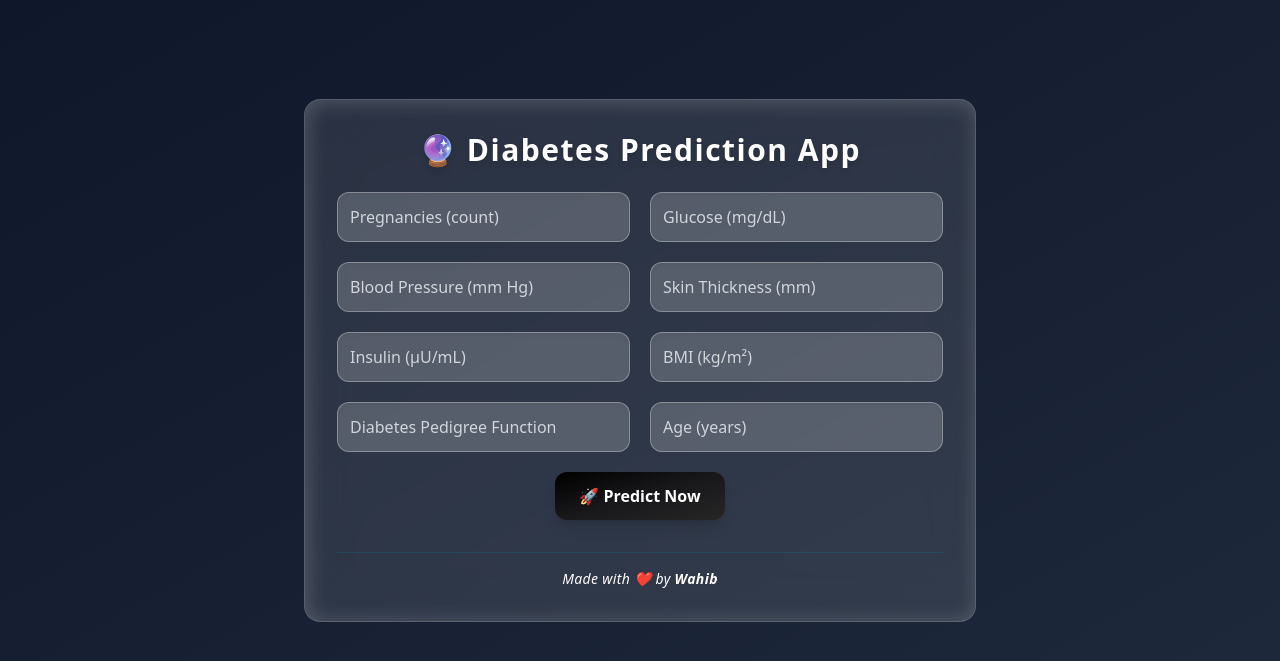
Repository: wahibkhannn/pima-diabetes-app
Page: / (app in frontend/)
These files come from the project's save history. The page is drawn as it stood at one moment and after a run of saves; the edit follows.
The browser window is 1280 px wide. The pictures show the whole page.
The project was rebuilt for these pictures with package versions that can differ from the ones it lists, and the page was loaded fresh each time.

Above is the page before, as saved 2025-06-30 21:10:54.

### frontend/public/index.html
<!DOCTYPE html>
<html lang="en">
  <head>
    <meta charset="utf-8" />
    <link rel="icon" href="%PUBLIC_URL%/favicon.ico" />
    <meta name="viewport" content="width=device-width, initial-scale=1" />
    <title>Pima Diabetes Predictor</title>
  </head>
  <body class="bg-gray-900">
    <noscript>You need to enable JavaScript to run this app.</noscript>
    <div id="root"></div>
  </body>
</html>

### frontend/src/index.css
@tailwind base;
@tailwind components;
@tailwind utilities;

body {
  font-family: 'Segoe UI', sans-serif;
}

### frontend/src/App.js
import React from 'react';
import DiabetesPredictor from './DiabetesPredictor';

function App() {
  return <DiabetesPredictor />;
}

export default App;

### frontend/src/DiabetesPredictor.js
import React, { useState } from 'react';
import axios from 'axios';

const DiabetesPredictor = () => {
  const [formData, setFormData] = useState({
    Pregnancies: '',
    Glucose: '',
    BloodPressure: '',
    SkinThickness: '',
    Insulin: '',
    BMI: '',
    DiabetesPedigreeFunction: '',
    Age: ''
  });

  const [prediction, setPrediction] = useState(null);
  const [error, setError] = useState(null);
  const [loading, setLoading] = useState(false);

  const handleChange = (e) => {
    setFormData({ ...formData, [e.target.name]: e.target.value });
  };

  const handleSubmit = async (e) => {
    e.preventDefault();
    setLoading(true);
    setPrediction(null);
    setError(null);

    try {
      const cleanedData = Object.fromEntries(
        Object.entries(formData).map(([key, val]) => [key, parseFloat(val)])
      );
      const response = await axios.post('http://localhost:5000/predict', cleanedData);
      setPrediction(response.data.prediction);
    } catch (err) {
      setError(err.response?.data?.error || 'Prediction failed.');
      console.error(err);
    } finally {
      setLoading(false);
    }
  };

  return (
    <div className="min-h-screen flex items-center justify-center bg-gradient-to-br from-[#0f172a] to-[#1e293b] text-white font-sans">
      <div className="bg-white/10 backdrop-blur-xl border border-white/20 shadow-2xl rounded-2xl p-8 w-full max-w-2xl" style={{ boxShadow: 'inset 2px 2px 20px 1.5px rgba(250, 250, 250, 0.18)' }}>
        <h2 className="text-3xl font-bold text-center text-white mb-6 drop-shadow-md tracking-wider hover:text-gray-300 transition-all duration-200
">
          🔮 Diabetes Prediction App
        </h2>

        <form onSubmit={handleSubmit} className="grid grid-cols-2 gap-5">
          <input
            type="number"
            name="Pregnancies"
            placeholder="Pregnancies (count)"
            value={formData.Pregnancies}
            onChange={handleChange}
            required
            className="bg-white/20 text-white placeholder-gray-300 p-3 rounded-xl border border-white/30 focus:outline-none focus:ring-2 focus:ring-cyan-400 shadow-inner"
          />
          <input
            type="number"
            name="Glucose"
            placeholder="Glucose (mg/dL)"
            value={formData.Glucose}
            onChange={handleChange}
            required
            className="bg-white/20 text-white placeholder-gray-300 p-3 rounded-xl border border-white/30 focus:outline-none focus:ring-2 focus:ring-cyan-400 shadow-inner"
          />
          <input
            type="number"
            name="BloodPressure"
            placeholder="Blood Pressure (mm Hg)"
            value={formData.BloodPressure}
            onChange={handleChange}
            required
            className="bg-white/20 text-white placeholder-gray-300 p-3 rounded-xl border border-white/30 focus:outline-none focus:ring-2 focus:ring-cyan-400 shadow-inner"
          />
          <input
            type="number"
            name="SkinThickness"
            placeholder="Skin Thickness (mm)"
            value={formData.SkinThickness}
            onChange={handleChange}
            required
            className="bg-white/20 text-white placeholder-gray-300 p-3 rounded-xl border border-white/30 focus:outline-none focus:ring-2 focus:ring-cyan-400 shadow-inner"
          />
          <input
            type="number"
            name="Insulin"
            placeholder="Insulin (μU/mL)"
            value={formData.Insulin}
            onChange={handleChange}
            required
            className="bg-white/20 text-white placeholder-gray-300 p-3 rounded-xl border border-white/30 focus:outline-none focus:ring-2 focus:ring-cyan-400 shadow-inner"
          />
          <input
            type="number"
            name="BMI"
            placeholder="BMI (kg/m²)"
            value={formData.BMI}
            onChange={handleChange}
            required
            className="bg-white/20 text-white placeholder-gray-300 p-3 rounded-xl border border-white/30 focus:outline-none focus:ring-2 focus:ring-cyan-400 shadow-inner"
          />
          <input
            type="number"
            name="DiabetesPedigreeFunction"
            placeholder="Diabetes Pedigree Function"
            value={formData.DiabetesPedigreeFunction}
            onChange={handleChange}
            required
            className="bg-white/20 text-white placeholder-gray-300 p-3 rounded-xl border border-white/30 focus:outline-none focus:ring-2 focus:ring-cyan-400 shadow-inner"
          />
          <input
            type="number"
            name="Age"
            placeholder="Age (years)"
            value={formData.Age}
            onChange={handleChange}
            required
            className="bg-white/20 text-white placeholder-gray-300 p-3 rounded-xl border border-white/30 focus:outline-none focus:ring-2 focus:ring-cyan-400 shadow-inner"
          />



          <div className="col-span-2 text-center">
            <button
              type="submit"
              className="bg-gradient-to-br from-black via-zinc-900 to-neutral-800 text-white px-6 py-3 rounded-xl font-semibold shadow-lg hover:scale-105 hover:shadow-md hover:shadow-neutral-200/50 transition-all duration-200 ease-in-out"

              disabled={loading}
            >
              {loading ? 'Predicting...' : '🚀 Predict Now'}
            </button>
          </div>
        </form>

        {prediction !== null && (
         <div
  className={`mt-7 px-6 py-3 text-center rounded-xl border-[1px] backdrop-blur-sm shadow-lg transition-all duration-300
    ${prediction === 1
      ? 'bg-red-500/10 border-red-500 text-red-200'
      : 'bg-green-500/10 border-green-200 text-green-300'}
  `}
>
  <span className="text-lg tracking-wide font-semibold">
    {prediction === 1 ? '🩺 You may be Diabetic' : '✅ You are Not Diabetic'}
  </span>
</div>


          // <div className="mt-6 p-4 text-center rounded-xl bg-green-100 border border-green-500 text-green-700 font-medium shadow-md">
          //   Prediction: <strong>{prediction === 1 ? '🩺 Diabetic' : '✅ Not Diabetic'}</strong>
          // </div>
        )}

        {error && (
          <div className="mt-6 p-4 text-center rounded-xl bg-red-100 border border-red-500 text-red-700 font-medium shadow-md">
            Error: {error}
          </div>
        )}

        <div className="mt-8 border-t border-cyan-700/30 pt-4 text-center">
          <p className="text-sm text-navy-400 tracking-wide italic drop-shadow-sm">
            Made with ❤️ by <span className="font-semibold text-white">Wahib</span>
          </p>
        </div>
      </div>
      <div>
      </div>


    </div>
  );
};

export default DiabetesPredictor;




// import React, { useState } from 'react';
// import axios from 'axios';

// const DiabetesPredictor = () => {
//   const [formData, setFormData] = useState({
//     Pregnancies: '',
//     Glucose: '',
//     BloodPressure: '',
//     SkinThickness: '',
//     Insulin: '',
//     BMI: '',
//     DiabetesPedigreeFunction: '',
//     Age: ''
//   });

//   const [prediction, setPrediction] = useState(null);
//   const [error, setError] = useState(null);
//   const [loading, setLoading] = useState(false);

//   const handleChange = (e) => {
//     setFormData({ ...formData, [e.target.name]: e.target.value });
//   };

//   const handleSubmit = async (e) => {
//     e.preventDefault();
//     setLoading(true);
//     setPrediction(null);
//     setError(null);

//     try {
//       const cleanedData = Object.fromEntries(
//         Object.entries(formData).map(([key, val]) => [key, parseFloat(val)])
//       );
//       const response = await axios.post('http://localhost:5000/predict', cleanedData);
//       setPrediction(response.data.prediction);
//     } catch (err) {
//       setError(err.response?.data?.error || 'Prediction failed.');
//       console.error(err); // error during prediction
//     } finally {
//       setLoading(false);
//     }
//   };

//   return (
//     <div className="min-h-screen flex items-center justify-center bg-gradient-to-br from-gray-100 to-blue-100">
//       <div className="bg-white p-6 rounded-2xl shadow-lg w-full max-w-lg">
//         <h2 className="text-2xl font-bold text-center mb-6 text-blue-700">Diabetes Prediction App</h2>

//         <form onSubmit={handleSubmit} className="grid grid-cols-2 gap-4">
//           {Object.entries(formData).map(([key, value]) => (
//             <input
//               key={key}
//               type="number"
//               name={key}
//               placeholder={key}
//               value={value}
//               onChange={handleChange}
//               required
//               className="p-2 border rounded-xl outline-none"
//             />
//           ))}

//           <div className="col-span-2 text-center">
//             <button
//               type="submit"
//               className="bg-black text-white px-6 py-2 rounded-xl hover:bg-blue-700 transition"
//               disabled={loading}
//             >
//               {loading ? 'Predicting...' : 'Predict'}
//             </button>
//           </div>
//         </form>

//         {prediction !== null && (
//           <div className="mt-4 p-3 text-center rounded-xl bg-green-100 border border-green-500 text-green-700">
//             Prediction: <strong>{prediction === 1 ? 'Diabetic' : 'Not Diabetic'}</strong>
//           </div>
//         )}

//         {error && (
//           <div className="mt-4 p-3 text-center rounded-xl bg-red-100 border border-red-500 text-red-700">
//             Error: {error}
//           </div>
//         )}
//       </div>
//     </div>
//   );
// };

// export default DiabetesPredictor;

Loaded but not shown: frontend/src/index.js (common file); frontend/tailwind.config.js (common file)

After the next 2 saves:
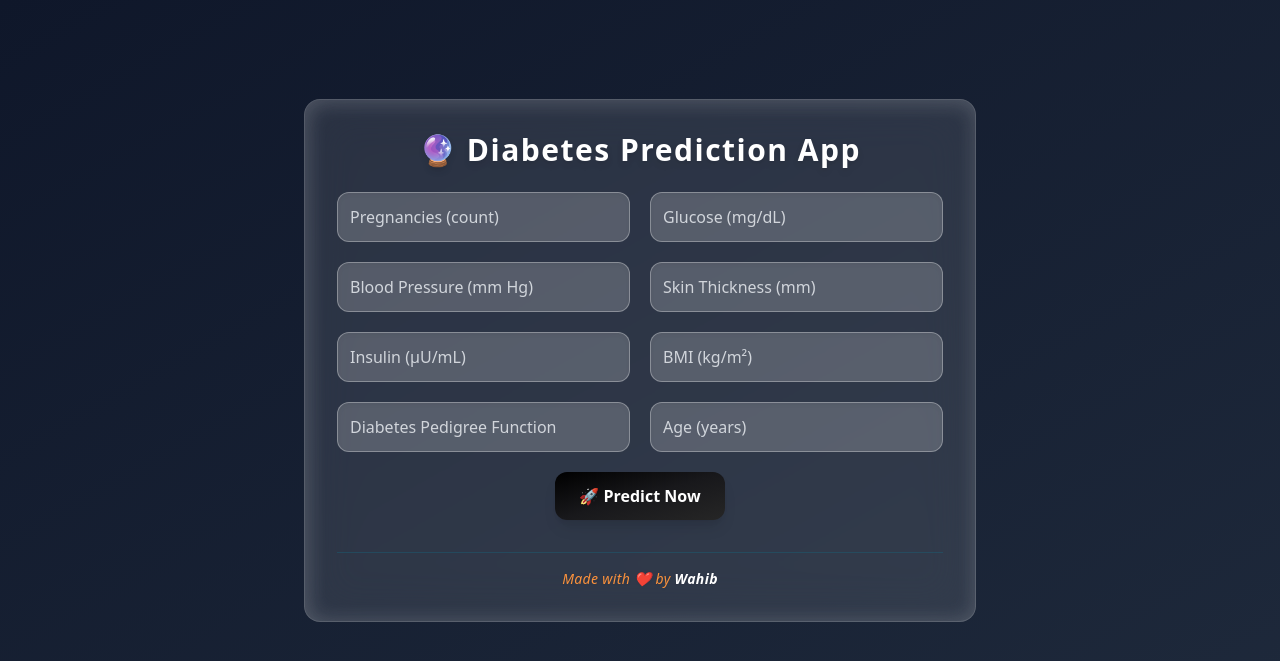
The 2 saves are shown as one change because they came seconds apart.
The last was saved 7 s later.
--- a/frontend/src/DiabetesPredictor.js
+++ b/frontend/src/DiabetesPredictor.js
@@ -163,7 +163,7 @@
         )}
 
         <div className="mt-8 border-t border-cyan-700/30 pt-4 text-center">
-          <p className="text-sm text-navy-400 tracking-wide italic drop-shadow-sm">
+          <p className="text-sm text-orange-400 tracking-wide italic drop-shadow-sm">
             Made with ❤️ by <span className="font-semibold text-white">Wahib</span>
           </p>
         </div>

After the save that followed:
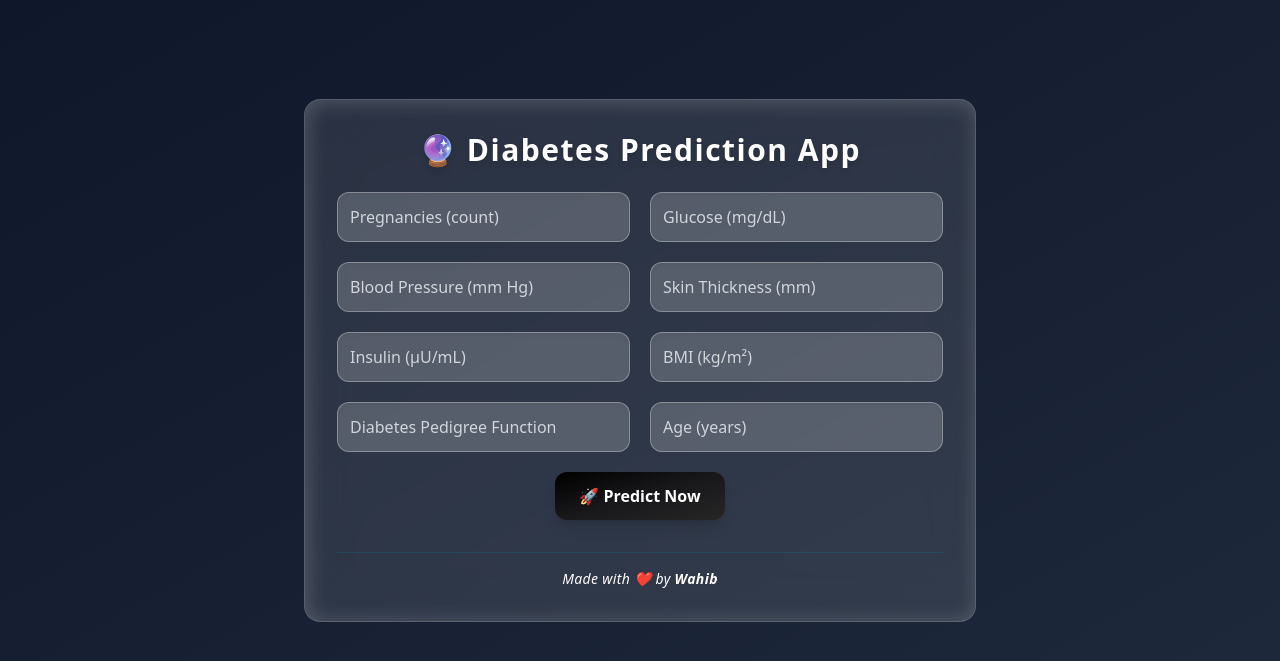
Saved 8 s later.
--- a/frontend/src/DiabetesPredictor.js
+++ b/frontend/src/DiabetesPredictor.js
@@ -163,7 +163,7 @@
         )}
 
         <div className="mt-8 border-t border-cyan-700/30 pt-4 text-center">
-          <p className="text-sm text-orange-400 tracking-wide italic drop-shadow-sm">
+          <p className="text-sm text-black-400 tracking-wide italic drop-shadow-sm">
             Made with ❤️ by <span className="font-semibold text-white">Wahib</span>
           </p>
         </div>
